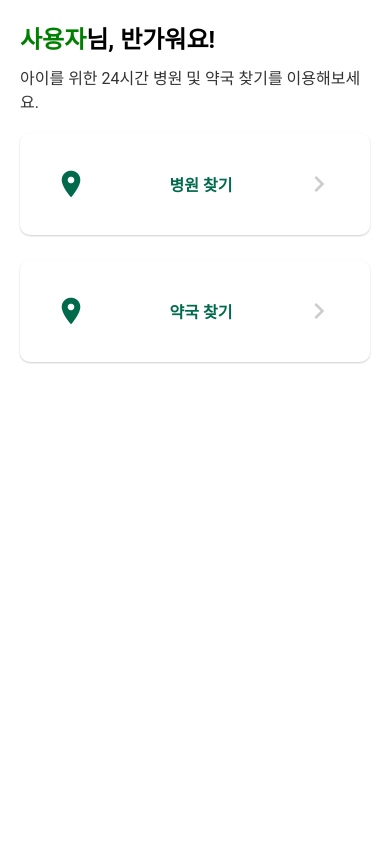
Repository: Sesac-icare/FrontEndiCare
Screen: / (app in iCare/)
The author's editor kept a copy of each file at every save. The screen is drawn from the files as they stood at one save, then again after the next save.
The app was drawn by React Native's web renderer in a window 390 px wide. The project was rebuilt for these pictures with package versions that can differ from the ones it lists, and the page was loaded fresh each time. Some packages were replaced by stand-ins written for this rebuild.

Above is the screen before, as saved 2025-02-04 16:08:23.

### iCare/index.js
import { registerRootComponent } from "expo";

import App from "./App";

// registerRootComponent calls AppRegistry.registerComponent('main', () => App);
// It also ensures that whether you load the app in Expo Go or in a native build,
// the environment is set up appropriately
registerRootComponent(App);

// import { AppRegistry } from "react-native";
// import App from "./src/App";
// import { iCare } from "./app.json";

// import appConfig from "./app.json";

// const appName = appConfig.expo.name;

// AppRegistry.registerComponent(appName, () => App);

### iCare/App.js
// import { StatusBar } from "expo-status-bar";
// import { StyleSheet, Text, View } from "react-native";

// export default function App() {
//   return (
//     <View style={styles.container}>
//       <Text>Open up App.js to start working on your app!</Text>
//       <StatusBar style="auto" />
//     </View>
//   );
// }

// const styles = StyleSheet.create({
//   container: {
//     flex: 1,
//     backgroundColor: "#fff",
//     alignItems: "center",
//     justifyContent: "center"
//   }
// });
//__________________________________________________________
// import App from "./src/App";
// import { StatusBar } from "expo-status-bar";
// import React from "react";
// import {Text} from 'react-native';

// export default function App() {
//   return (
//     <>
//     <View style={styles.container}>
//       <Text>Open up App.js to start working on your app!</Text>
//       <StatusBar style="auto" />
//     </View>
//     </>
//   );
// }

// export default App;

import React, { useCallback } from "react";
import {
  View,
  Text,
  StyleSheet,
  Platform,
  TouchableOpacity
} from "react-native";
import { MaterialIcons } from "@expo/vector-icons";
import * as SplashScreen from "expo-splash-screen";
import * as Font from "expo-font";

// 스플래시 스크린 유지
SplashScreen.preventAutoHideAsync();

export default function App() {
  const [fontsLoaded] = Font.useFonts({
    // 임시로 시스템 폰트를 사용하거나, 폰트 로딩을 제거
    // NotoSansKR: require("./assets/fonts/NotoSansKR-Regular.otf")
  });

  const onLayoutRootView = useCallback(async () => {
    if (fontsLoaded) {
      await SplashScreen.hideAsync();
    }
  }, [fontsLoaded]);

  if (!fontsLoaded) {
    return null;
  }

  return (
    <View style={styles.container} onLayout={onLayoutRootView}>
      <View style={styles.titleContainer}>
        <Text
          style={[
            styles.titleGreen,
            { fontFamily: Platform.OS === "ios" ? "System" : "Roboto" }
          ]}
        >
          사용자
        </Text>
        <Text
          style={[
            styles.title,
            { fontFamily: Platform.OS === "ios" ? "System" : "Roboto" }
          ]}
        >
          님, 반가워요!
        </Text>
      </View>
      <Text
        style={[
          styles.subtitle,
          { fontFamily: Platform.OS === "ios" ? "System" : "Roboto" }
        ]}
      >
        아이를 위한 24시간 병원 및 약국 찾기를 이용해보세요.
      </Text>
      <TouchableOpacity
        style={styles.button}
        onPress={() => {
          console.log("병원 찾기 클릭됨");
        }}
      >
        <View style={styles.buttonContent}>
          <MaterialIcons
            name="location-on"
            size={24}
            color="#016a4c"
            style={styles.buttonIcon}
          />
          <Text
            style={[
              styles.buttonText,
              { fontFamily: Platform.OS === "ios" ? "System" : "Roboto" }
            ]}
          >
            병원 찾기
          </Text>
          <MaterialIcons
            name="chevron-right"
            size={24}
            color="#CCCCCC"
            style={styles.arrowIcon}
          />
        </View>
      </TouchableOpacity>
      <TouchableOpacity
        style={styles.button}
        onPress={() => {
          console.log("약국 찾기 클릭됨");
        }}
      >
        <View style={styles.buttonContent}>
          <MaterialIcons
            name="location-on"
            size={24}
            color="#016a4c"
            style={styles.buttonIcon}
          />
          <Text
            style={[
              styles.buttonText,
              { fontFamily: Platform.OS === "ios" ? "System" : "Roboto" }
            ]}
          >
            약국 찾기
          </Text>
          <MaterialIcons
            name="chevron-right"
            size={24}
            color="#CCCCCC"
            style={styles.arrowIcon}
          />
        </View>
      </TouchableOpacity>
    </View>
  );
}

const styles = StyleSheet.create({
  container: {
    flex: 1,
    backgroundColor: "#fff",
    padding: 20
  },
  titleContainer: {
    flexDirection: "row"
  },
  titleGreen: {
    fontSize: 24,
    fontWeight: "bold",
    color: "green"
    // fontFamily: "NotoSansKR" // 주석 처리
  },
  title: {
    fontSize: 24,
    fontWeight: "bold",
    color: "black",
    marginBottom: 10
    // fontFamily: "NotoSansKR" // 주석 처리
  },
  subtitle: {
    fontSize: 16,
    color: "#333",
    marginBottom: 20
    // fontFamily: "NotoSansKR" // 주석 처리
  },
  button: {
    backgroundColor: "#fff",
    padding: 35,
    width: "100%",
    borderRadius: 10,
    marginBottom: 25,
    elevation: 2,
    shadowColor: "#000",
    shadowOffset: {
      width: 0,
      height: 1
    },
    shadowOpacity: 0.2,
    shadowRadius: 2
  },
  buttonContent: {
    flexDirection: "row",
    alignItems: "center",
    justifyContent: "center"
  },
  buttonIcon: {
    fontSize: 32,
    marginRight: 12
  },
  arrowIcon: {
    fontSize: 32,
    marginLeft: "auto",
    color: "#CCCCCC"
  },
  buttonText: {
    fontSize: 16,
    color: "#016a4c",
    fontFamily: "NotoSansKR",
    fontWeight: "bold",
    flex: 1,
    textAlign: "center"
  }
});

After the next save:
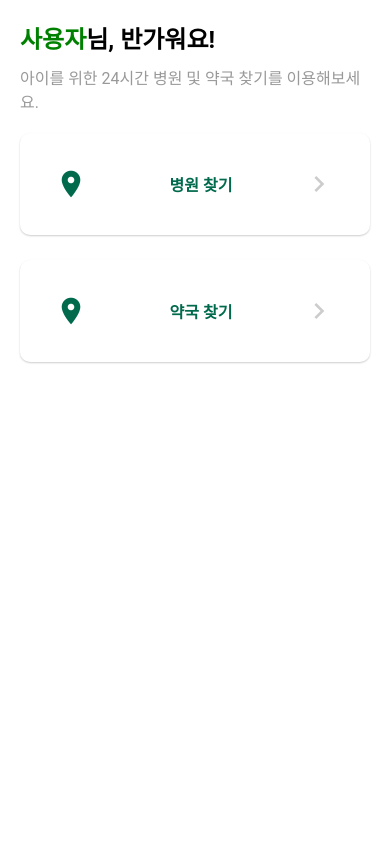
Saved 52 s later.
--- a/iCare/App.js
+++ b/iCare/App.js
@@ -182,7 +182,7 @@ const styles = StyleSheet.create({
   },
   subtitle: {
     fontSize: 16,
-    color: "#333",
+    color: "#999999",
     marginBottom: 20
     // fontFamily: "NotoSansKR" // 주석 처리
   },
